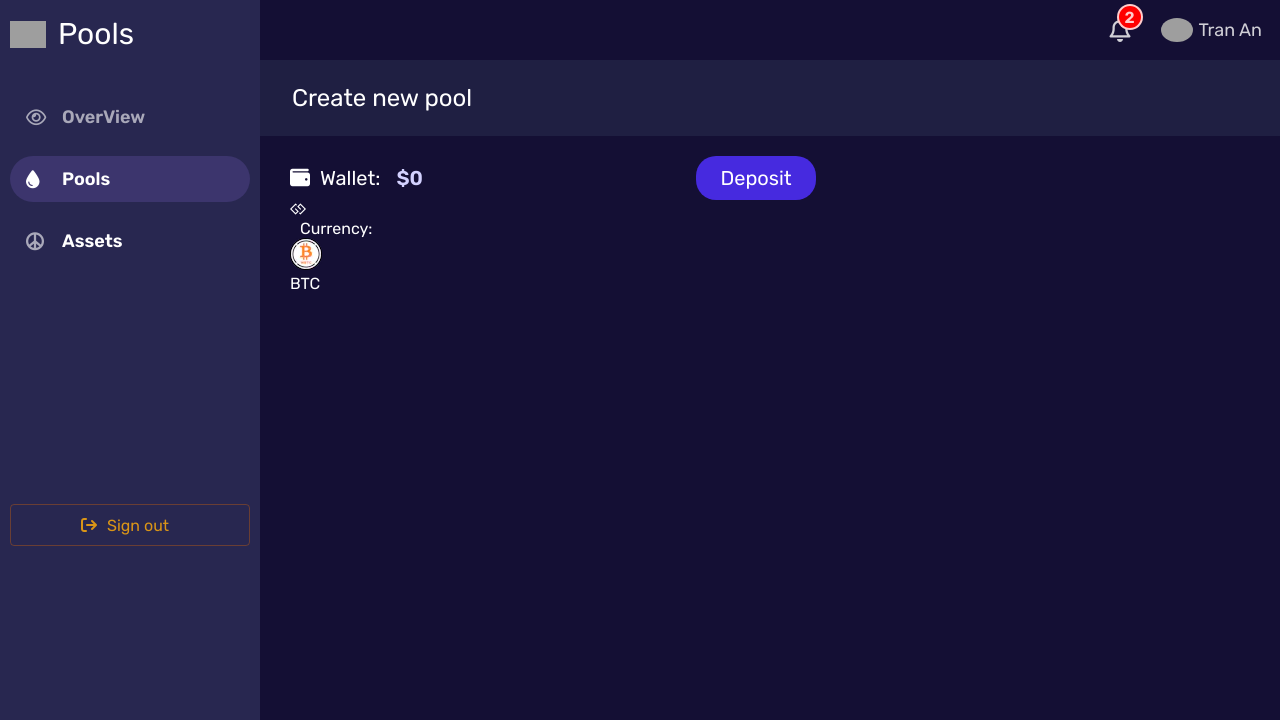
Repository: quynh232000/pools
Page: pool/create-pool.html
The author's editor kept a copy of each file at every save. The page is drawn from the files as they stood at one save, then again after the next save.
The browser window is 1280 px wide. The pictures show the whole page.
Pictures or frames that could not be fetched are drawn as grey boxes.

Above is the page before, as saved 2023-07-14 00:27:30.

### pool/create-pool.html
<!DOCTYPE html>
<html lang="en">
  <head>
    <meta charset="UTF-8" />
    <meta name="viewport" content="width=device-width, initial-scale=1.0" />
    <title>Create Pool</title>

    <link rel="stylesheet" href="../src/css/base.css" />
    <link rel="stylesheet" href="../src/css/style.css" />
    <link rel="stylesheet" href="../src/css/pool.css" />
    <link rel="stylesheet" href="../src/css/create-pool.css" />
    <link
      rel="stylesheet"
      href="https://cdnjs.cloudflare.com/ajax/libs/font-awesome/6.4.0/css/all.min.css"
      integrity="sha512-iecdLmaskl7CVkqkXNQ/ZH/XLlvWZOJyj7Yy7tcenmpD1ypASozpmT/E0iPtmFIB46ZmdtAc9eNBvH0H/ZpiBw=="
      crossorigin="anonymous"
      referrerpolicy="no-referrer"
    />
  </head>
  <body>
    <div class="container">
      <div class="sidebar">
        <div class="sidebar-logo">
          <img src="https://sef-eco.vercel.app/assets/images/logo.png" alt="" />
          <span>Pools</span>
        </div>
        <div class="sidebar-items">
          <div class="sidebar-list">
            <div class="sidebar-item">
              <i class="fa-regular fa-eye"></i>
              <div class="sidebar-item-name">OverView</div>
            </div>
            <div class="sidebar-item sidebar-item-active">
              <i class="fa-solid fa-droplet"></i>
              <a href="/pool.html" class="sidebar-item-name">Pools</a>
            </div>
            <div class="sidebar-item">
              <i class="fa-solid fa-peace"></i>
              <a href="/index.html" class="sidebar-item-name">Assets</a>
            </div>
          </div>

          <div class="sidebar-sign-out">
            <i class="fa-solid fa-arrow-right-from-bracket"></i>
            <div class="sidebar-item-name">Sign out</div>
          </div>
        </div>
      </div>
      <div class="content">
        <div class="header">
          <div class="header-noti">
            <i class="fa-regular fa-bell"></i>
            <div class="header-noti-count">2</div>
          </div>
          <div class="header-user">
            <img
              src="https://static.vecteezy.com/system/resources/previews/002/002/257/original/beautiful-woman-avatar-character-icon-free-vector.jpg"
              alt=""
            />
            <div class="header-user-name">Tran An</div>
          </div>
        </div>
        <!-- body -->
        <div class="content-title">Create new pool</div>
        <div class="create-body">
          <div class="create-wallet">
            <i class="fa-solid fa-wallet"></i>
            <div class="create-wallet-title">Wallet:</div>
            <span>$0</span>
            <div class="create-btn">Deposit</div>
          </div>
          <div class="create-select-money">
            <i class="fa-brands fa-gg"></i>
            <div class="create-wallet-title">Currency:</div>
            <div class="create-select-type-money">
              <span>
                <img src="../src/img/btc.png" alt="" />
                <div class="type-money-name">BTC</div>
              </span>
            </div>
          </div>
        </div>
      </div>
    </div>
  </body>
</html>

### src/css/base.css
@import url('https://fonts.googleapis.com/css2?family=Rubik:wght@300;400;500;600;700&display=swap');
 :root{
    --primary-color:#fff;
    --text-color:#fff;
    --text-1-color:rgb(211, 209, 255);
    --bg-color:#140f34;
    --bg-item-color:#282750;

 }
*{
    box-sizing: inherit;
}
html,body{
    box-sizing: border-box;
    margin: 0;
    padding: 0;
    font-family: 'Rubik', sans-serif;
    color: var(--text-color);
}
a{
    color: white;
    text-decoration: none;
}

### src/css/style.css
.container{
    width: 100%;
    min-height: 100vh;
    background-color: var(--bg-color);
    display: flex;
}
.sidebar{
    width: 20%;
    min-width: 260px;
    max-width: 400px;
    display: flex;
    flex-direction: column;
    min-height: 100vh;
    background-color: var(--bg-item-color);
}
.sidebar-logo{
    display: flex;
    width: 100%;
    align-items: center;
    padding: 16px 10px;
}
.sidebar-logo img{
    width: 15%;
}
.sidebar-logo span{
    font-size: 30px;
    color: var(--primary-color);
    margin-left: 12px;

}
.sidebar-items{
    padding: 26px 10px;
    display: flex;
    flex-direction: column;
    justify-content: space-between;
    min-height: 70vh;
}
.sidebar-list{

}
.sidebar-item{
    font-size: 18px;
    display: flex;
    align-items: center;
    padding: 12px 16px;
    border-radius: 40px;
    color: rgb(255 255 255/.6);
    margin-bottom: 16px;
    font-weight: 600;
    transition: color .3s;
}
.sidebar-item:hover{
    cursor: pointer;
    color: rgb(255 255 255/.8);
}
.sidebar-item-active{
    background-color:#3c356d ;
    color: var(--text-color);
}
.sidebar-item i{
    min-width: 36px;
}
.sidebar-sign-out{
    display: flex;
    align-items: center;
    color: rgb(218, 149, 23);
    text-align: center;
    border: 1px solid rgba(202, 98, 12,.4);
    justify-content: center;
    padding-right: 10px;
    border-radius: 4px;
    transition: color border .3s;
}
.sidebar-sign-out:hover{
    cursor: pointer;
    color: rgb(253, 166, 5);
    border: 1px solid rgba(202, 98, 12,.5);
}
.sidebar-sign-out i{
    margin-right: 10px;
    padding: 12px 0;
}

.content{
    width: 85%;
    min-height: 100vh;
    /* background-color: var(--bg-color); */
}
.header{
    display: flex;
    justify-content: flex-end;
    padding: 18px;
    color: rgb(255 255 255/.8);
    align-items: center;
}
.header-user{
    display: flex;
    align-items: center;
    font-size: 18px;

}
.header-user img {
    width: 32px;
    border-radius: 50%;
    margin-right: 6px;
}
.header-noti{
    display: flex;
    margin-right: 30px;
    font-size: 20px;
    position: relative;
    font-size: 24px;
}
.header-noti-count{
    width: 26px;
    height: 26px;
    position: absolute;
    top: -14px;
    left: 7px;
    border: 2px solid  rgb(255 255 255/.8);
    text-align: center;
    border-radius: 50%;
    font-size: 16px;
    display: flex;
    align-items: center;
    justify-content: center;
    background-color: var(--bg-color);
    background-color: red;
    font-weight: 600;

}
.content-title{
    background-color: #1f1f42;
    padding: 24px 32px;
    font-size: 24px;
}
.content-list{
    display: flex;
    flex-direction: column;
    align-items: center;
    padding: 0 40px;
}
.content-list-body{
    width: 100%;
    margin-top: 20px;

}
.content-nav{
    width: 100%;
    display: flex;
    justify-content: space-between;
    padding: 12px 26px;
    margin: 10px 0;
    transition: background-color .2s ;
}
.content-nav:hover{
    background-color: #2d2d44;
}
.nav-left{
    width: 50%;
    display: flex;
    align-items: center;
    justify-content: space-between;
    font-size: 22px;

}
.nav-left-info{
    display: flex;
    align-items: center;
}
.nav-left-info img{
    width: 32px;
    margin-right: 8px;
}
.nav-left-name{
    font-size: 22px;
}
.nav-left-balance{
    display: flex;
    flex-direction: column;
    align-items: center;
    flex: 1;
}
.nav-left-balance span:nth-child(2){
    font-size: 20px;
    color: #a8a8a8;
}


.nav-right{
    width: 40%;
    display: flex;
    justify-content: space-between;
    align-items: center;
    color: #b3b1fd;
}
.nav-right span{
    transition: color .3s;
}
.nav-right span i{
    font-size: 16px !important;
    margin-left: 4px;
}
.nav-right span:hover{
    color:#f8c2b0;
    cursor: pointer;
}
.nav-text{
    color: #b3b1fd;
    font-size: 20px;
}
.nav-right .nav-tex:hover{
    color: #b3b1fd !important;
    cursor: no-drop;
}

### src/css/pool.css
.p-content-body{
    width: 100%;
    display: flex;
    flex-wrap: wrap;
    padding: 20px 10px;
}
.content-item-wrapper{
    width: 33.333%;
    padding: 10px ;
}
.p-content-item{
    border-radius: 6px;
    background-color: var(--bg-item-color);
    padding: 14px;
    transition: background-color .3s ease;
}
.p-content-item:hover{
    background-color: #2e2e60;
}
.p-content-item-top{
    display: flex;
    align-items:flex-start;

}
.p-content-item-img{
    margin-right: 6px;
}
.p-content-item-top-info{
    display: flex;
    flex-direction: column;
}
.p-content-item-top-info span{
    padding-top: 4px;
}
.p-content-item-top-info p{
    margin: 4px 0 10px 0;
    color: #a7a3a3;
}
.p-content-item-bottom{
    display: flex;
}
.p-item-type{
    margin-right: 10px;
    padding: 0 8px;
    text-align: center;
}
.p-item-type:first-child{
    border-right: 1px solid gray;
    padding-right: 16px;
}
.p-item-type span{
    font-size: 14px;
    color: #a7a3a3;
    /* font-weight: 600; */
}
.p-item-type p{
    margin: 0;
}
.add-pool{
    display: flex;
    flex-direction: column;
    align-items: center;
    font-size: 20px;
    min-height: 122px;
    justify-content: center;
}
.add-pool i{
    font-size: 26px;
    margin-bottom: 6px;
}

### src/css/create-pool.css
.create-body{
    width: 100%;
    display: flex;
    flex-direction: column;
    padding: 20px 30px;
}
.create-wallet{
    display: flex;
    font-size: 20px;
    align-items: center;
}
.create-wallet-title{
    margin: 0 16px 0 10px;

}
.create-wallet span{
    color: var(--text-1-color);
    min-width: 300px;
    font-weight: 600;
}
.create-btn{
    background-color: rgb(70, 42, 223);
    padding: 10px 24px;
    border-radius: 20px;
    display: flex;
    justify-content: center;
    align-items: center;
    transition: background-color .3s ease;
}
.create-btn:hover{
    background-color: #6a67ea;
    cursor: pointer;
}

After the next save:
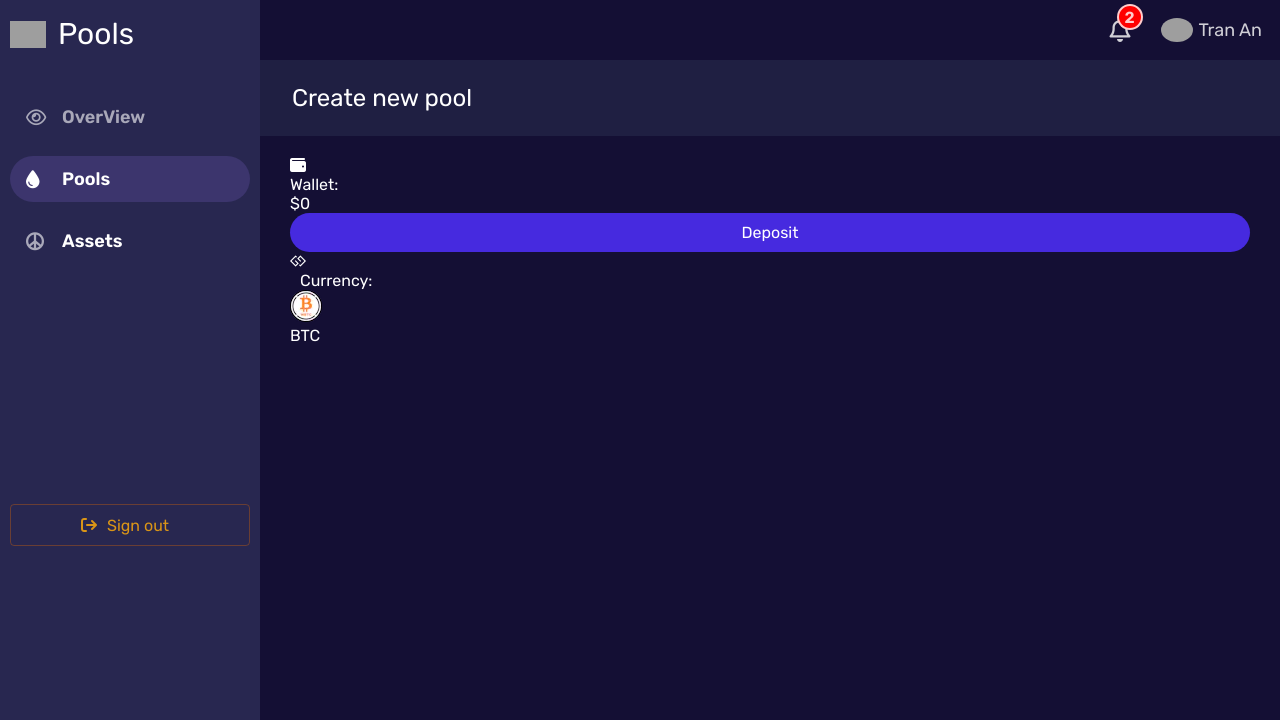
Saved 54 s later.
--- a/pool/create-pool.html
+++ b/pool/create-pool.html
@@ -63,9 +63,9 @@
         <!-- body -->
         <div class="content-title">Create new pool</div>
         <div class="create-body">
-          <div class="create-wallet">
+          <div class="create-item">
             <i class="fa-solid fa-wallet"></i>
-            <div class="create-wallet-title">Wallet:</div>
+            <div class="create-item-title">Wallet:</div>
             <span>$0</span>
             <div class="create-btn">Deposit</div>
           </div>

After the save that followed:
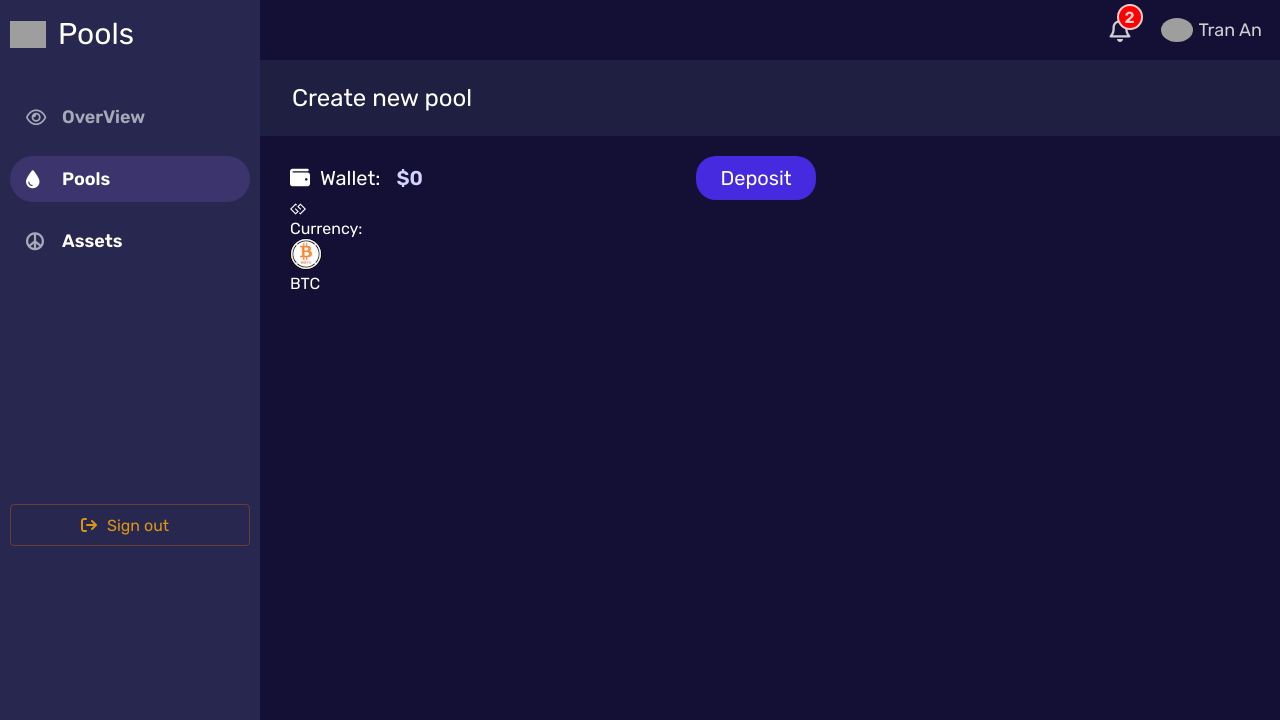
Saved 12 s later.
--- a/src/css/create-pool.css
+++ b/src/css/create-pool.css
@@ -4,16 +4,16 @@
     flex-direction: column;
     padding: 20px 30px;
 }
-.create-wallet{
+.create-item{
     display: flex;
     font-size: 20px;
     align-items: center;
 }
-.create-wallet-title{
+.create-item-title{
     margin: 0 16px 0 10px;
 
 }
-.create-wallet span{
+.create-item span{
     color: var(--text-1-color);
     min-width: 300px;
     font-weight: 600;
